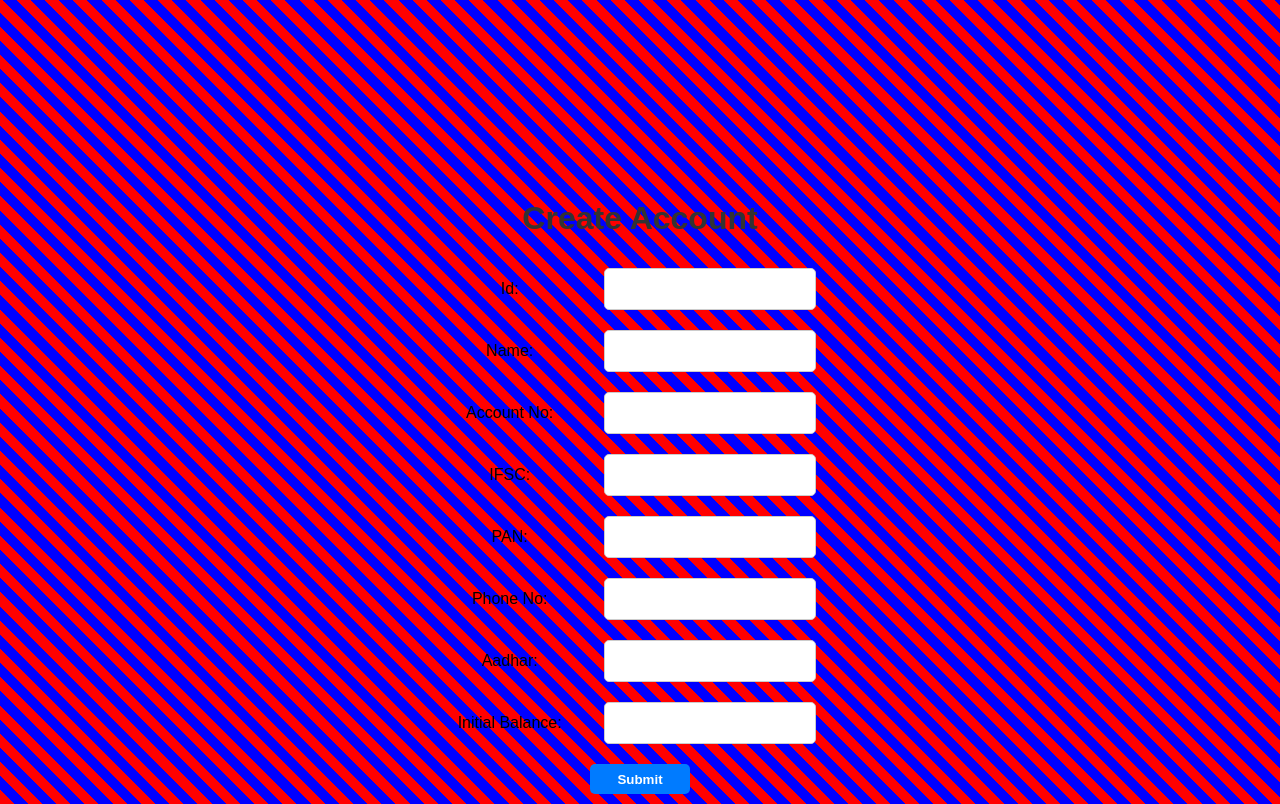
Repository: Surajkande2001/IGTSolution
Page: WebJSPProject1/src/main/webapp/Create.html
These files come from the project's save history. The page is drawn as it stood at one moment and after the next save; the edit follows.
The browser window is 1280 px wide. The pictures show the whole page.

Above is the page before, as saved 2023-07-02 16:36:14.

### WebJSPProject1/src/main/webapp/Create.html
<!DOCTYPE html>
<html>

<head>
	<meta charset="ISO-8859-1">
	<title>Create Account</title>
	<style>
		body {
			background-image: repeating-linear-gradient(45deg, #ff0000, #ff0000 10px, #0000ff 10px, #0000ff 20px);

			font-family: Arial, sans-serif;
			margin: 0;
			padding: 0;
		}

		.container {
			text-align: center;
			margin-top: 200px;
		}

		h1 {
			color: #333333;
		}

		form {
			margin-top: 20px;
		}

		table {
			margin: 0 auto;
			border-collapse: collapse;
			width: 400px;
		}

		td {
			padding: 10px;
		}

		input[type="text"] {
			width: 200px;
			height: 30px;
			border-radius: 5px;
			border: 1px solid #cccccc;
			padding: 5px;
		}

		input[type="submit"] {
			width: 100px;
			height: 30px;
			border-radius: 5px;
			border: none;
			background-color: #007bff;
			color: #ffffff;
			font-weight: bold;
			cursor: pointer;
		}

		input[type="submit"]:hover {
			background-color: #0056b3;
		}
	</style>
</head>

<body>

	<div class="container">
		<h1>Create Account</h1>
		<form action="Create.jsp">
			<table>
				<tr>
					<td>Id:</td>
					<td><input type="text" name="id"></td>
				</tr>
				<tr>
					<td>Name:</td>
					<td><input type="text" name="name"></td>
				</tr>
				<tr>
					<td>Account No:</td>
					<td><input type="text" name="acc"></td>
				</tr>
				<tr>
					<td>IFSC:</td>
					<td><input type="text" name="ifsc"></td>
				</tr>
				<tr>
					<td>PAN:</td>
					<td><input type="text" name="pan"></td>
				</tr>
				<tr>
					<td>Phone No:</td>
					<td><input type="text" name="phn"></td>
				</tr>
				<tr>
					<td>Aadhar:</td>
					<td><input type="text" name="adr"></td>
				</tr>
				<tr>
					<td>Initial Balance:</td>
					<td><input type="text" name="inb"></td>
				</tr>
				<tr>
					<td colspan="2"><input type="submit" value="Submit"></td>
				</tr>
			</table>
		</form>
	</div>

</body>

</html>

After the next save:
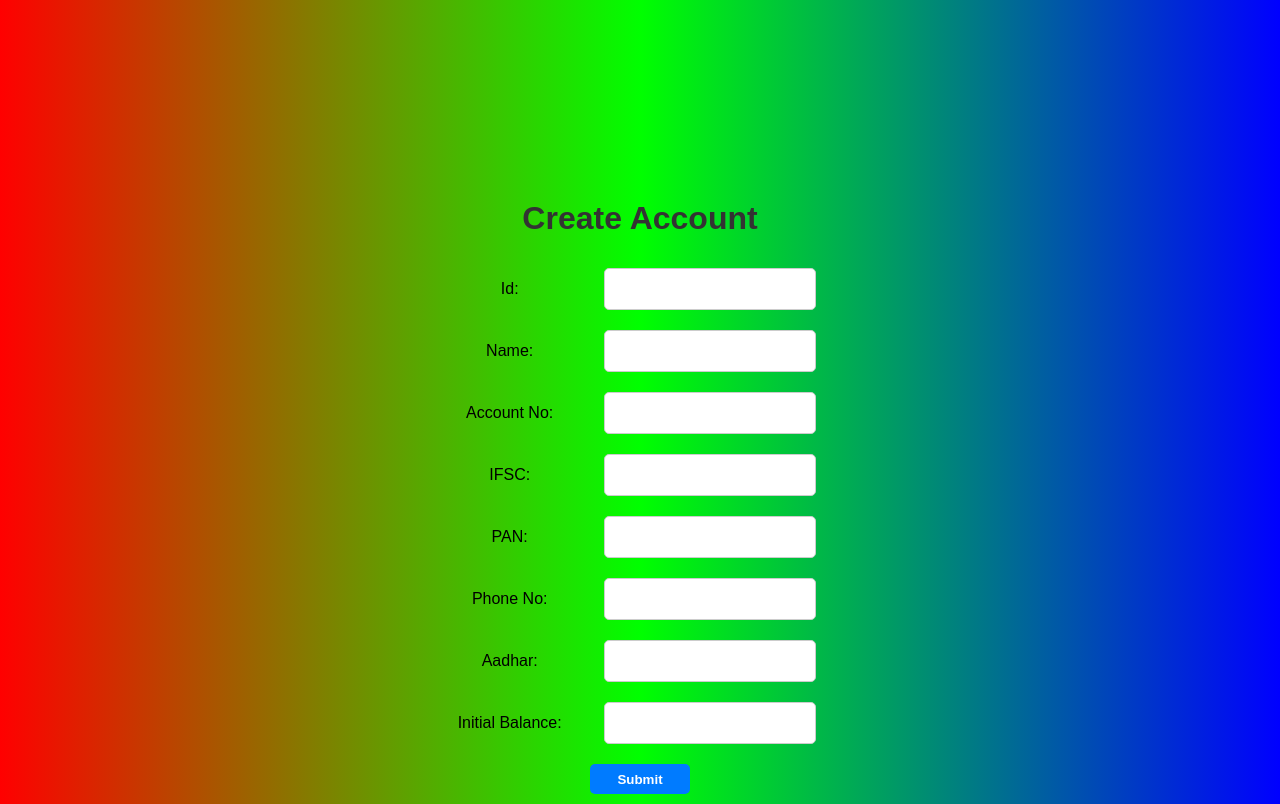
Saved 60 s later.
--- a/WebJSPProject1/src/main/webapp/Create.html
+++ b/WebJSPProject1/src/main/webapp/Create.html
@@ -6,7 +6,8 @@
 	<title>Create Account</title>
 	<style>
 		body {
-			background-image: repeating-linear-gradient(45deg, #ff0000, #ff0000 10px, #0000ff 10px, #0000ff 20px);
+			background-image: linear-gradient(to right, #ff0000, #00ff00, #0000ff);
+
 
 			font-family: Arial, sans-serif;
 			margin: 0;
